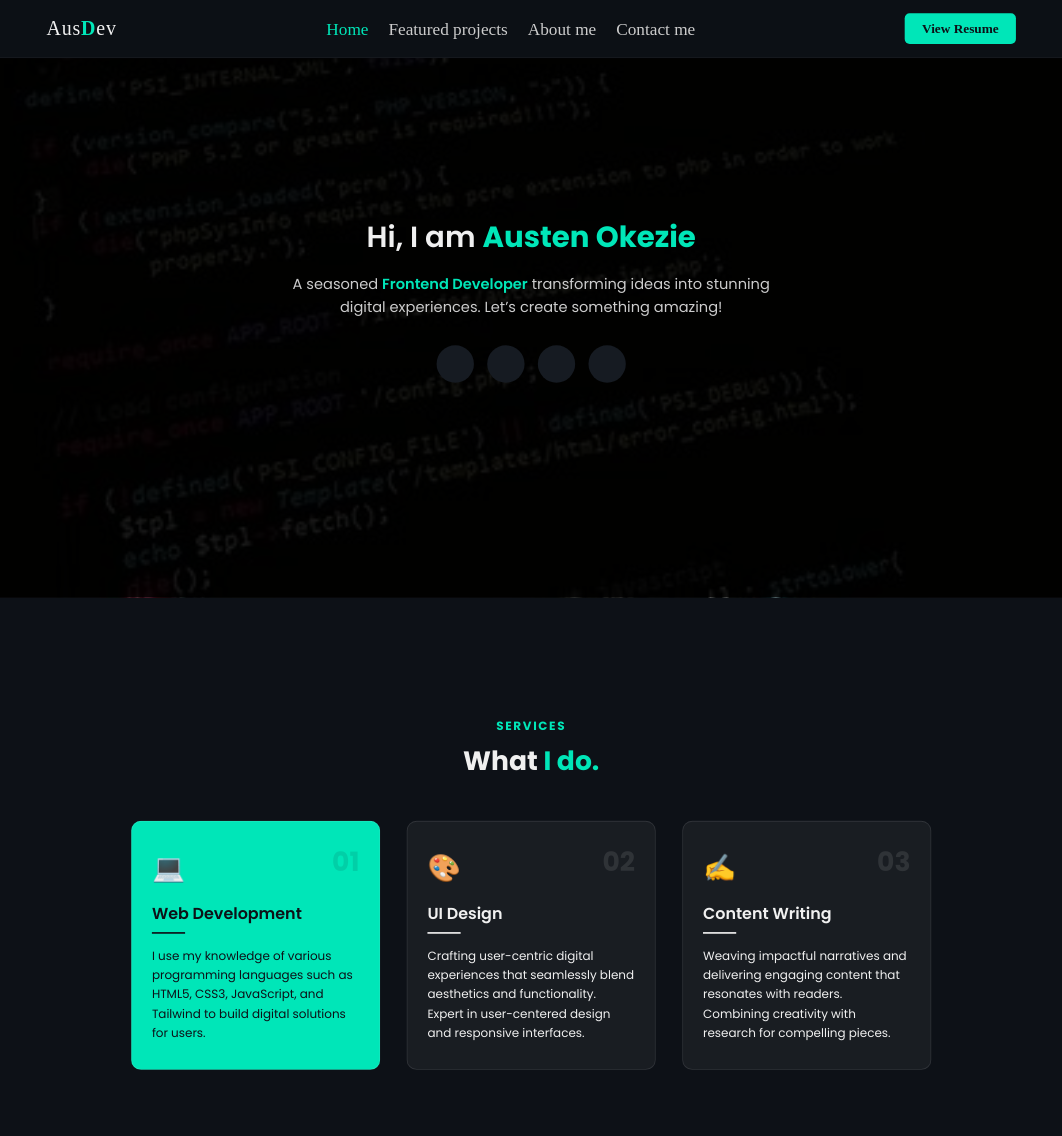
Repository: Austinokezie/Myportfolio
Page: index.html
An editor plug-in stored every save of this project. The page is shown before and after the next save, followed by the edit.
The browser window is 1280 px wide. The pictures show the whole page, at 83% of full size.
Some web fonts or font styles are not loaded; a fallback is used.

Above is the page before, as saved 2025-10-14 14:16:41.

### index.html
<!DOCTYPE html>
<html lang="en">
<head>
    <meta charset="UTF-8">
    <meta name="viewport" content="width=device-width, initial-scale=1.0">
    <title>My Portfolio</title>
    <link rel="stylesheet" href="./style.css">
    <link rel="stylesheet" href="./mediaqueries.css">
    <link rel="stylesheet" href="./lib/css/bootstrap-grid.min.css">
    <link rel="stylesheet" href="./lib/js/bootstrap.bundle.min.js">
</head>
<body>
    <header>
        <nav class="navbar">
          <div class="logo">Aus<span>D</span>ev</div>

           <ul class="nav-links">
              <li><a href="#" class="active">Home</a></li>
              <li><a href="#">Featured projects</a></li>
              <li><a href="#">About me</a></li>
             <li><a href="#">Contact me</a></li>
           </ul>

          <a href="#" class="resume-btn">View Resume</a>
       </nav>
  </header>

   <section class="intro">
      <div class="overlay"></div>
      <div class="intro-content">
         <h1>Hi, I am <span>Austen Okezie</span></h1>
           <p>
              A seasoned <span class="highlight">Frontend Developer</span> transforming ideas into
              stunning digital experiences. Let’s create something amazing!
           </p>

          <div class="social-links">
              <a href="#" title="GitHub"><i class="fab fa-github"></i></a>
              <a href="#" title="Medium"><i class="fab fa-medium"></i></a>
              <a href="#" title="LinkedIn"><i class="fab fa-linkedin"></i></a>
             <a href="#" title="Twitter"><i class="fab fa-twitter"></i></a>
          </div>
       </div>
    </section>

    <div class="services-section">
       <h3 class="sub-heading">SERVICES</h3>
       <h2 class="main-heading">What <span>I do.</span></h2>

        <div class="services-container">

          <div class="service-card active">
             <div class="card-number">01</div>
             <div class="card-icon">💻</div>
              <h3>Web Development</h3>
             <div class="underline"></div>
             <p>I use my knowledge of various programming languages such as HTML5, CSS3, JavaScript, and Tailwind to build digital solutions for users.</p>
           </div>

           <div class="service-card">
             <div class="card-number">02</div>
              <div class="card-icon">🎨</div>
              <h3>UI Design</h3>
             <div class="underline"></div>
              <p>Crafting user-centric digital experiences that seamlessly blend aesthetics and functionality. Expert in user-centered design and responsive interfaces.</p>
            </div>

           <div class="service-card">
             <div class="card-number">03</div>
             <div class="card-icon">✍</div>
             <h3>Content Writing</h3>
              <div class="underline"></div>
              <p>Weaving impactful narratives and delivering engaging content that resonates with readers. Combining creativity with research for compelling pieces.</p>
           </div>

        </div>
   </div>










         <!-- Arrow -->
        <!-- <div class="text-center mt-5">
           <img
             src="./Asset/icons8-arrow-down-100.png"
             alt="arrow icon"
             class="icon arrow img-fluid"
             style="width: 50px; cursor: pointer;"
             onclick="location.href='./experience'"
            >
       </div> -->





 <!--
        <img src="./Asset/icons8-arrow-down-100.png" alt="arrow icon"
           class="icon arrow"
           onclick="location.href= './experience'"
        >  -->




















</body>
</html>

### style.css

@import url('https://fonts.googleapis.com/css2?family=Alan+Sans:wght@300..900&family=Poppins:ital,wght@0,100;0,200;0,300;0,400;0,500;0,600;0,700;0,800;0,900;1,100;1,200;1,300;1,400;1,500;1,600;1,700;1,800;1,900&display=swap');



*{
    margin: 0;
    padding: 0;


}


/* Reset some default styles */
* {
  margin: 0;
  padding: 0;
  box-sizing: border-box;
}

body {
  background-color: #0d1117;
  color: #f0f0f0;
  font-family: 'Poppins', sans-serif;
  /* display: flex; */
  /* justify-content: center;
  align-items: center;
  height: 100vh; */
}



/* === Navbar === */
header {
  width: 100%;
  background-color: rgba(13, 17, 23, 0.95);
  position: fixed;
  top: 0;
  left: 0;
  z-index: 10;
  backdrop-filter: blur(6px);
  border-bottom: 1px solid rgba(255, 255, 255, 0.05);
  font-family: serif;
}

.navbar {
  max-width: 1200px;
  margin: 0 auto;
  padding: 1rem 1rem;
  display: flex;
  justify-content: space-between;
  align-items: center;
}

/* Logo */
.logo {
  font-size: 1.5rem;
  font-weight: 200;
  font-family: serif;
  color: #f0f0f0;
  letter-spacing: 1px;
}
.logo span{
    color: #00e6b8;
    font-weight: 700;
}

/* Navigation Links */
.nav-links {
  list-style: none;
  display: flex;
  gap: 1.5rem;
}

.nav-links a {
  text-decoration: none;
  color: #cccccc;
  font-weight: 100;
  transition: 0.3s ease;
  font-size: 1.3rem;
}

.nav-links a:hover {
  color: #00e6b8;
}

.nav-links a.active {
  color: #00e6b8;
}

/* Resume Button */
.resume-btn {
  background-color: #00e6b8;
  color: #0d1117;
  text-decoration: none;
  padding: 0.6rem 1.3rem;
  border-radius: 6px;
  font-weight: 600;
  transition: all 0.3s ease;
}

.resume-btn:hover {
  background-color: #00cfa4;
  transform: translateY(-2px);
}











/* Intro Section */
.intro {
  position: relative;
  min-height: 100vh;
  width: 100%;
  background: url('./Asset/OIP.jpeg') center/cover no-repeat; /* <-- Replace with your image */
  display: flex;
  justify-content: center;
  align-items: center;
  text-align: center;
  overflow: hidden;
}
/* Dark overlay to dim image */
.overlay {
  position: absolute;
  top: 0;
  left: 0;
  width: 100%;
  height: 100%;
  background: rgba(0, 0, 0, 0.9); /* adjust dimness here */
  z-index: 1;
}

/* Text Content */
.intro-content {
  position: relative;
  z-index: 2;
  max-width: 700px;
  padding: 2rem;

}

.intro h1 {
  font-size: 2.2rem;
  margin-bottom: 1rem;
  font-weight: 600;
    justify-content: center;
  text-align: center;
}

.intro h1 span {
  color: #00e6b8;
  font-weight: 700;
}

.intro p {
  font-size: 1.1rem;
  color: #cccccc;
  max-width: 600px;
  margin: 0 auto 2rem auto;
  line-height: 1.6;
}

.highlight {
  color: #00e6b8;
  font-weight: 600;
}

/* Social Icons */
.social-links {
  display: flex;
  justify-content: center;
  gap: 1rem;
}

.social-links a {
  display: flex;
  justify-content: center;
  align-items: center;
  background-color: #161b22;
  width: 45px;
  height: 45px;
  border-radius: 50%;
  font-size: 1.2rem;
  color: #00e6b8;
  transition: all 0.3s ease;
}

.social-links a:hover {
  background-color: #00e6b8;
  color: #0d1117;
  transform: translateY(-4px);
}

/* Responsive */
@media (max-width: 600px) {
  .intro h1 {
    font-size: 1.8rem;
  }

  .intro p {
    font-size: 1rem;
    padding: 0 1rem;
  }

  .social-links a {
    width: 40px;
    height: 40px;
    font-size: 1rem;
  }
}



@media (max-width: 400px) {
  body {
    padding: 0 1rem;
  }

  .intro h1 {
    font-size: 1.5rem;
    line-height: 1.3;
  }

  .intro p {
    font-size: 0.95rem;
    line-height: 1.5;
  }

  .social-links {
    gap: 0.7rem;
  }

  .social-links a {
    width: 38px;
    height: 38px;
    font-size: 0.9rem;
  }

  .intro {
    padding: 1.5rem 0.5rem;
  }
}


/* === Section Layout === */
.services-section {
    display: block;
    width: 100%;
    clear: both;
  text-align: center;
  padding: 5rem 2rem;
  max-width: 1200px;
  margin: 0 auto;
  /* background: rgba(0, 0, 0, 0.1); */
  margin-top: 4rem;
}

/* === Headings === */
.sub-heading {
  font-size: 0.9rem;
  letter-spacing: 2px;
  color: #00e6b8;
  margin-bottom: 0.5rem;
}

.main-heading {
  font-size: 2rem;
  margin-bottom: 3rem;
}

.main-heading span {
  color: #00e6b8;
}

/* === Services Container === */
.services-container {
  display: flex;
  justify-content: center;
  gap: 2rem;
  flex-wrap: wrap;
}

/* === Individual Card === */
.service-card {
  background-color: rgba(255, 255, 255, 0.05);
  border: 1px solid rgba(255, 255, 255, 0.1);
  border-radius: 12px;
  padding: 2rem 1.5rem;
  width: 300px;
  position: relative;
  transition: all 0.3s ease;
  text-align: left;
}

.service-card:hover {
  border: 1px solid #00e6b8;
  transform: translateY(-5px);
}

.service-card.active {
  background-color: #00e6b8;
  color: #0d1117;
}

/* === Card Elements === */
.card-number {
  position: absolute;
  top: 1.5rem;
  right: 1.5rem;
  font-size: 2rem;
  opacity: 0.1;
  font-weight: 700;
}

.card-icon {
  font-size: 2rem;
  margin-bottom: 1rem;
}

.service-card h3 {
  font-size: 1.2rem;
  font-weight: 600;
}

.underline {
  width: 40px;
  height: 2px;
  background-color: currentColor;
  margin: 0.5rem 0 1rem;
}

.service-card p {
  font-size: 0.9rem;
  line-height: 1.6;
}

/* === Media Queries === */

/* Tablets & Small Laptops */
@media (max-width: 600px) {
  .services-container {
    flex-direction: column;
    align-items: center;
  }

  .service-card {
    width: 90%;
  }

  .main-heading {
    font-size: 1.7rem;
  }
}

/* Small Phones */
@media (max-width: 400px) {
  .service-card {
    padding: 1.5rem 1rem;
  }

  .service-card h3 {
    font-size: 1.1rem;
  }

  .service-card p {
    font-size: 0.85rem;
  }

  /* .main-heading {
    font-size: 1.5rem;
    } */

}


























































/* body {
  background: #f0f0f0;
} */
/* html{
    scroll-behavior:sm;
} */
/* p{
    color: rgb(85, 85, 85);
} */

/* Transition */

/* a, .btn{
    transition: all 300ms ease;
} */

/* Desktop */

/* nav, .nav-links{
    display: flex;

}
nav{
    justify-content: space-around;
    align-items: center;
    height: 17vh;
}
.nav-links{
    gap: 2rem;
    list-style: none;
    font-size: 1.5rem;
}
a {
    color: black;
    text-decoration: none;
    text-decoration-color: white;
}
a:hover{
    color: grey;
    text-decoration: underline;
    text-underline-offset: 1rem;
    text-decoration-color: rgb(181 , 181, 181) ;
}
.logo{
    font-size: 2rem;
}
.logo:hover{
   cursor: default;
}
/* Hamburger */
/* #hamburger-nav{
    display: none;

}
.hamburger-menu{
    position: relative;
    display: inline-block;

}
.hamburger-icon{
    display: flex;
    flex-direction: column;
    justify-content: space-between;
    height: 24px;
    width: 30px;
    cursor: pointer;
}
.hamburger-icon span{
   width: 100%;
   height: 2px;
   background-color: black;
   transition: all 0.3 ease-in-out;
}
.menu-links{
    position: absolute;
    top: 100%;
    right: 0;
    width: fit-content;
    max-height: 0;
    overflow: hidden;
    transition: all 0.3 ease-in-out;

}
.menu-links a{
    display: block;
    padding: 10px;
    text-align: center;
    font-size: 1.5rem;
    color: black;
    text-decoration: none;
     transition: all 0.3 ease-in-out;
}
.menu-links li {
    list-style: none;

}
.menu-links.open{
    max-height: 300px;


}
.hamburger-icon.open span:first-child{
    transform: rotate(45deg) translate(10px, 5px);
}
.hamburger-icon.open span:nth-child(2){
  opacity: 0;
}
.hamburger-icon.open span:last-child{
    transform: rotate(-45deg) translate(10px, -5px);
}
.hamburger-icon.open span:first-child{
    transform: none;
}
.hamburger-icon.open span:first-child{
   opacity: 1;
}
.hamburger-icon.open span:first-child{
    transform: none;
} */

/* section */
/* section{
    padding-top: 4vh;
    height: 96vh;
    margin: 0 10rem;
    box-sizing: border-box;
    min-height: fit-content;
}
.section-container{
    display: flex;
} */
/* #profile{
    display: flex;
    justify-content: center;
    gap: 5rem;
    height: 80vh;
} */
/* .section-pic-container{
    display: flex;
    height: 400px;
    margin: auto 0;
}
.section-pic-container img{
    width: 300px;
    height: 300px;
    border-radius: 50%;
    object-fit: cover;
    display: inline-block;
} */
/* .section-text{
    align-self: center;
    text-align: center;
    margin-bottom: 20px;

} */
/* .section-text-p{
    font-weight: 600;
} */
/* .section-text-p1{
    text-align: center;
} */
/* .intro-con.greet{
    font-size: 1.5rem;
} */
/* .section-text-p2{
    font-size: 1.75rem;
    margin-bottom: 1rem;
} */
/* .title{
    font-size: 3rem;
    text-align: center;
} */
/* .socials-container{
    display: flex;
    justify-content: center;
    margin-top: 1rem;
    gap: 1rem;
} */
/* ICON */
/* .icon{
    cursor: pointer;
    height: 2rem;
} */
/* Buttons */
/* .btn-container{
    display: flex;
    justify-content: center;
    gap: 1rem;
} */
/* .btn{
    font-weight: 600;
    transition: all 300ms ease;
    padding: .6rem;
    width: 8rem;
    border-radius: 2rem;

} */
/* .btn-color-1, .btn-color-2{
    border: rgb(53, 53, 53) .1rem solid;
} */
/* .btn-color-1:hover,
.btn-color-2:hover{
    cursor: pointer;
} */
/* .btn-color-1,
.btn-color-2:hover{
    cursor: pointer;
    background: rgb(53, 53, 53);
    color: white;
} */
/* .btn-color-1:hover{
    background: rgb(0, 0, 0);


} */
/* .btn-color-2{
    background: none;

}
.btn-color-2:hover{
    border: rgb(255, 255, 255) .1rem solid;
}
.btn-container{
    gap: 1rem;
} */

/* About section */


/* #about{
    position: relative;
    margin-top: 3.5rem;
}
.about-intro{
    margin-bottom: 20px;
}
.section_text_p1{
    text-align: center;
} */

/* .about-containers{
    display: flex;
    flex-wrap: wrap;
    justify-content: center;
    gap: 2rem;
    margin-bottom: 2rem;
    margin-top: 2rem;
} */
/* .about-details-container{
    justify-content: center;
    flex-direction: column;
} */
.about-containers,
.about-details-container{
    /* display: flex; */
}
/* .about-details-container{
    display: block;
} */
/* .about-pic{
    border-radius: 2rem;
    max-width: 400px;
    width: 100%;
    height: auto;
    object-fit: cover;
} */
/* .arrow{
    position: absolute;
    right: -5rem;
    bottom: 2.5rem;
} */
/* .details-container{

    padding: 1.5rem;
    /* flex: 1;  */
    /* background: white;
    border-radius: 2rem;
    border: rgb(53, 53, 53) 0.1rem solid;
    border-color: rgb(163, 163, 163);
    text-align: center;  */
  */
.section_container{
    /* display: flex; */
    /* gap: 2rem; */
    /* height: 70%; */

}
/* .section__pic-container{
   /* height: auto; */
   /* width: 100%;
   display: flex;
   justify-content: center;
   align-items: center; */
 */


/* .skill-card{
    display: flex;
    flex-direction: column;
    align-items: center;
    justify-content: center;
    padding: 20px;
    background: #fff;
    border-radius: 2px;
    box-shadow: 0 4px 4px rgba(0, 0, 0, 0.1);
    height: 55px;
} */
/* .skill-card img{
    width: 40px;
    height: 40px;
    margin-bottom: 10px; */
}



/* Experience section */
/* #experience{
    position: relative;
} */
/* .experience-sub-title{
    color: rgb(85, 85, 85);
    font-weight: 600;
    font-size: 1.75rem;
    margin-bottom: 2rem;

} */
/* .experience-details-container{
    display: flex;
    justify-content: center;
    flex-direction: column;

} */
/* .article-container{
    display: flex;
    text-align: initial;
    flex-wrap: wrap;
    flex-direction: row;
    gap: 2.5rem;
    justify-content: space-around;
} */
/* article{
    display: flex;
    width: 10rem;
    justify-content: space-around;
    gap: 0.5rem;

} */
/* article .icon{
    cursor: default;
} */


/* Projects Section */

/*
#projects{
    position: relative;
} */
/* .color-container{
    border-color: rgb(163, 163, 163);
    background: rgb(255, 255, 255);
} */
/* .project-img{
   border-radius: 1rem;
   width: 100%;
   height: 100%;
} */
/* .project-title{
    margin: 1rem;
    color: black;
} */
/* .project-btn{
    color: black;
    border-color: rgb(163, 163, 163);
} */
/* CONTACT */
/* #contact{
    display: flex;
    justify-content: center;
    flex-direction: column;
    height: 70vh;
} */
/* .contact-info-upper-container{
    display: flex;
    justify-content: center;
    border-radius: 2rem;
    border: rgb(53, 53, 53) 0.1rem solid;
    background-color: rgb(163, 163, 163);
    background: rgb(250, 250, 250);
    margin: 2rem auto;
    padding: 0.5rem;

} */
/* .contact-info-container{
    display: flex;
    align-items: center;
    justify-content: center;
    gap: 0.5rem;
    margin: 1rem;
} */
/* .contact-info-container p{
    font-size: larger;
}
.contact-icon{
    cursor: default;
} */

/* footer */
/* footer{
    height: 26vh;
    margin:  0 1 rem;
    color: #fff;
    background: #f9f9f9;
    box-shadow: 0 -4px 6px rgba(0, 0, 0, 0.2); */

}
/* hr{
    width: 75%;
    margin: 20px auto;
    border-color: #333;

} */

/* .nav-links{
   color: rgb(85, 85, 85);
}
footer p{
    text-align: center ;
} */

/* @media (max-width: 768px) {
  .arrow {
    position: static;
    margin: 2rem auto 0;
    display: block;
  }
}

@media (max-width: 992px) {
  .section_container {
    flex-direction: column;
    align-items: center;
  }

  .section__pic-container,
  .about-details-container {
    max-width: 100%;
  }

  .arrow {
    position: static;
    display: block;
    margin: 2rem auto 0;
  }
}  */

Loaded but not shown: lib/css/bootstrap-grid.min.css (library); lib/js/bootstrap.bundle.min.js (library); mediaqueries.css (empty)

After the next save:
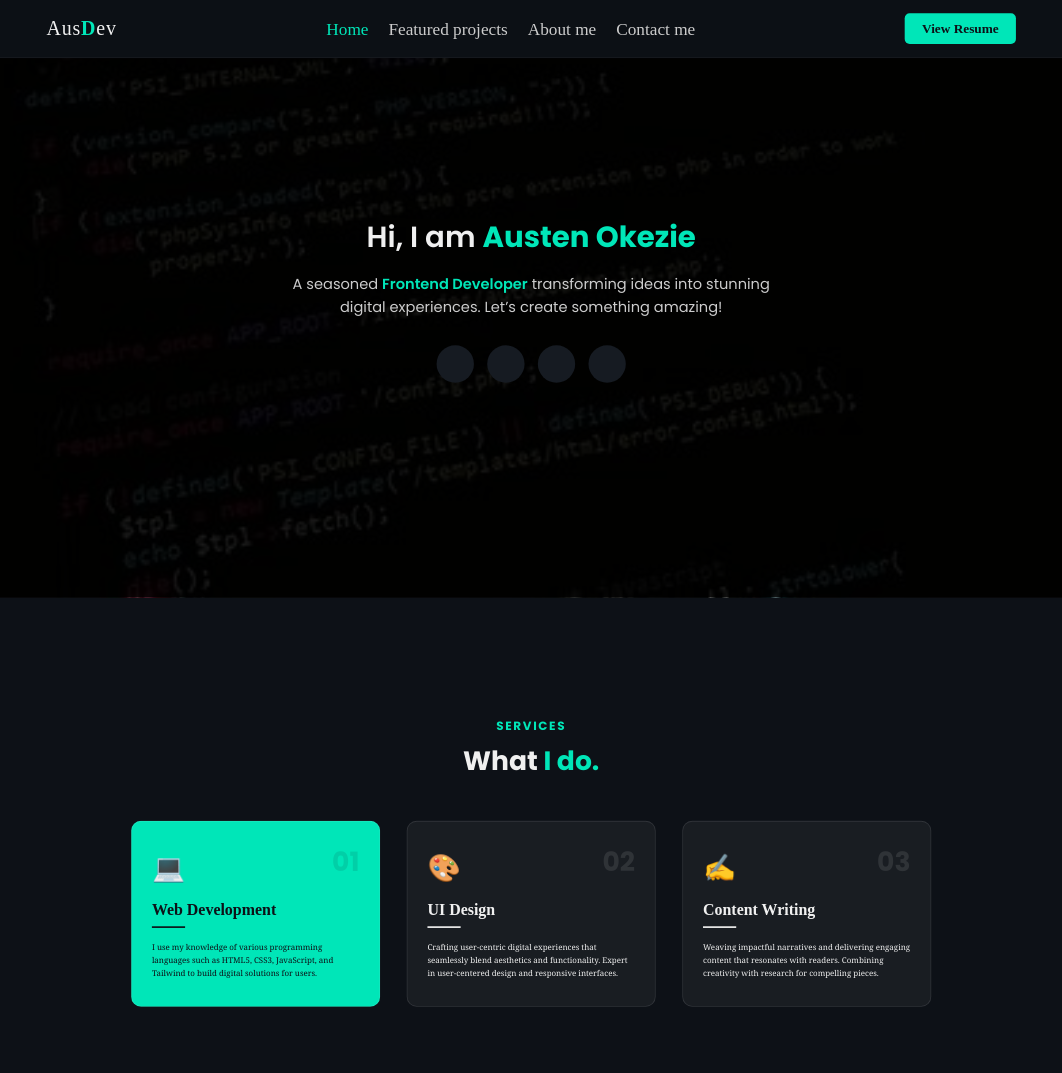
Saved 3 min 12 s later.
--- a/style.css
+++ b/style.css
@@ -327,6 +327,7 @@ header {
 .service-card h3 {
   font-size: 1.2rem;
   font-weight: 600;
+  font-family: serif;
 }
 
 .underline {
@@ -337,8 +338,9 @@ header {
 }
 
 .service-card p {
-  font-size: 0.9rem;
+  font-size: 0.6rem;
   line-height: 1.6;
+  font-family: Georgia, 'Times New Roman', Times, serif;
 }
 
 /* === Media Queries === */
